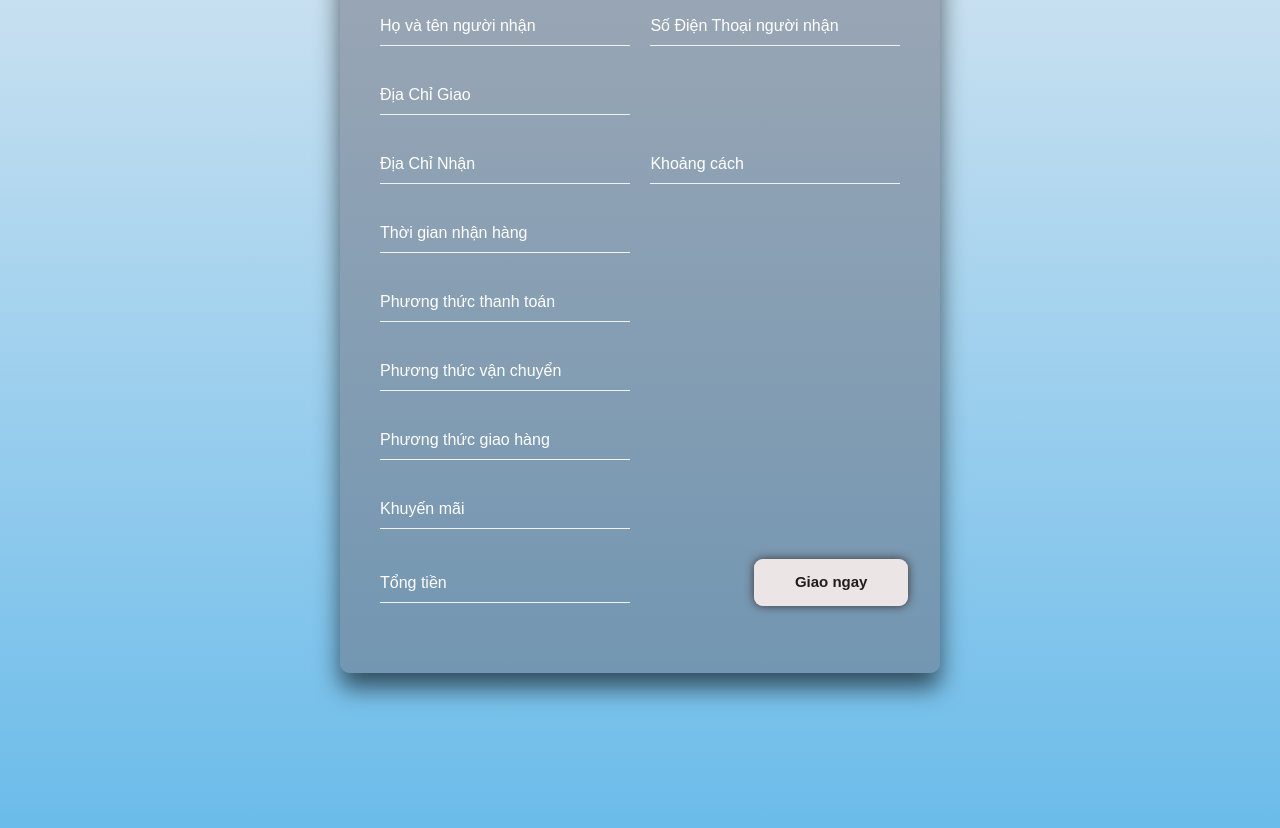
Repository: Pnguyen285/Demo
Page: Giao diện/index.html
The author's editor kept a copy of each file at every save. The page is drawn from the files as they stood at one save, then again after the next save.
The browser window is 1280 px wide. The pictures show the part of the page from y = 324 to 1152 px (the page is 1152 px tall).
A picture or video elsewhere on the page could not be fetched, so the positions and the page height are approximate.

Above is the page before, as saved 2023-07-29 16:39:16.

### Giao diện/index.html
<!DOCTYPE html>
<html lang="en">
<head>
  <meta charset="UTF-8">
  <meta name="viewport" content="width=device-width, initial-scale=1.0">
  <title>Document</title>
  <link rel="stylesheet" type="" href="style.css">
  <img src="bg-intro-desktop.png" alt="">
</head>
<body>
  <div class="login-box">
    <h1>Tiến Hành Giao Hàng</h1>
    <div>
      <div class="user-box1">
        <div class="user-box">
          <input type="text" name="" required="">
          <label>Họ và Tên</label>
        </div>
        <div class="user-box">
          <input type="text" name="" required="">
          <label>Số Điện Thoại người giao</label>
        </div>
      </div>
      <div class="user-box1">
      <div class="user-box">
        <input type="text" name="" required="">
        <label>Họ và tên người nhận</label>
      </div>
      <div class="user-box">
        <input type="text" name="" required="">
        <label>Số Điện Thoại người nhận</label>
      </div>
      </div>
      <div class="user-box2">
      <div class="user-box">
        <input type="text" name="" required="">
        <label>Địa Chỉ Giao</label>
      </div>
      <div class="user-box">
        <input type="text" name="" required="">
        <label>Địa Chỉ Nhận</label>
      </div>
      <div class="user-box">
        <input type="datetime" name="" required="">
        <label>Khoảng cách</label>
      </div>
      </div>

      <div class="user-box">
        <input type="text" name="" required="">
        <label>Thời gian nhận hàng</label>
      </div>

      <div class="user-box">
        <input type="text" name="" required="">
        <label>Phương thức thanh toán</label>
      </div>
      <div class="user-box">
        <input type="text" name="" required="">
        <label>Phương thức vận chuyển</label>
      </div>
      <div class="user-box">
        <input type="text" name="" required="">
        <label>Phương thức giao hàng</label>
      </div>
      <div class="user-box">
        <input type="text" name="" required="">
        <label>Khuyến mãi</label>
      </div>
      <div class="user-box">
        <input type="text" name="" required="">
        <label>Tổng tiền</label>
      </div>
      <button>
        <span class="transition"></span>
        <span class="gradient"></span>
        <span class="label">Giao ngay</span>
      </button>
    </form>
  </div>
</body>
</html>

### Giao diện/style.css
html {
  height: 160%;
}
body {
  margin:0;
  padding:0;
  font-family: sans-serif;
  background: linear-gradient(#eceef3, #6bbcea);
}

.login-box {
  position: absolute;
  top: 80%;
  left: 50%;
  width: 600px;
  padding: 40px;
  transform: translate(-50%, -50%);
  background: rgba(106, 108, 122, 0.5);
  box-sizing: border-box;
  box-shadow: 0 15px 25px rgba(0,0,0,.6);
  border-radius: 10px;
  color:#fff
}

.login-box h1 {
  margin: 0 0 30px;
  padding: 0;
  color: #efe6e6;
  text-align: center;
}

.login-box .user-box {
  position: relative;
  align-items: center;
  text-align: left;
}
.user-box{
  position: relative;
  display: inline-block;
  width: 48%;
  margin-right: 2%;

}
.login-box .user-box input {
  width: 100%;
  padding: 10px 0;
  font-size: 16px;
  color: #685357;
  margin-bottom: 30px;
  border: none;
  border-bottom: 1px solid #f2f3f0;
  outline: none;
  background: transparent;
}
.login-box .user-box label {
  position: absolute;
  top:0;
  left: 0;
  padding: 10px 0;
  font-size: 16px;
  color: #fff;
  pointer-events: none;
  transition: .5s;
}

.login-box .user-box input:focus ~ label,
.login-box .user-box input:valid ~ label {
  top: -20px;
  left: 0;
  color: #0a0704;
  font-size: 12px;
}
button {
  font-size: 15px;
  padding: 1em 2.7em;
  font-weight: 500;
  background: rgb(113, 94, 81);
  background: linear-gradient(90deg, rgb(158, 185, 219) 0%, rgba(121, 144, 156, 0.72) 100%);
  color: #231e1e;
  font-weight: 900;
  border: none;
  position: relative;
  overflow: hidden;
  border-radius: 0.6em;
  box-shadow: 0 0 10px #3f3232;
  transition: 0.2s;
  left: 110px;
}

.label {
  position: relative;
  top: -1px;
}

.transition {
  transition-timing-function: cubic-bezier(0.8, 0, 0.2, 1);
  transition-duration: 400ms;
  background: #ece5e5;
  border-radius: 9999px;
  width: 11em;
  height: 11em;
  position: absolute;
  left: 50%;
  top: 50%;
  transform: translate(-50%, -50%);
}

button:hover .transition {
  width: 0;
  height: 0;
}

button:hover {
  transition: 0.2s;
  color: #f3eaea;
}

button:active {
  transform: scale(0.97);
}
.user-box1:after {

  display: table;
  clear: both;
}
.user-box1 > div {
  float: left;
  width: 48%;
  margin-right: 4%;
}
.user-box1 > div:last-child {
  margin: 0;
}


.user-box2:after {

  display: table;
  clear: both;
}
.user-box2 > div {
  float: left;
  width: 48%;
  margin-right: 4%;
}
.user-box2 > div:last-child {
  margin: 0;
}

After the next save:
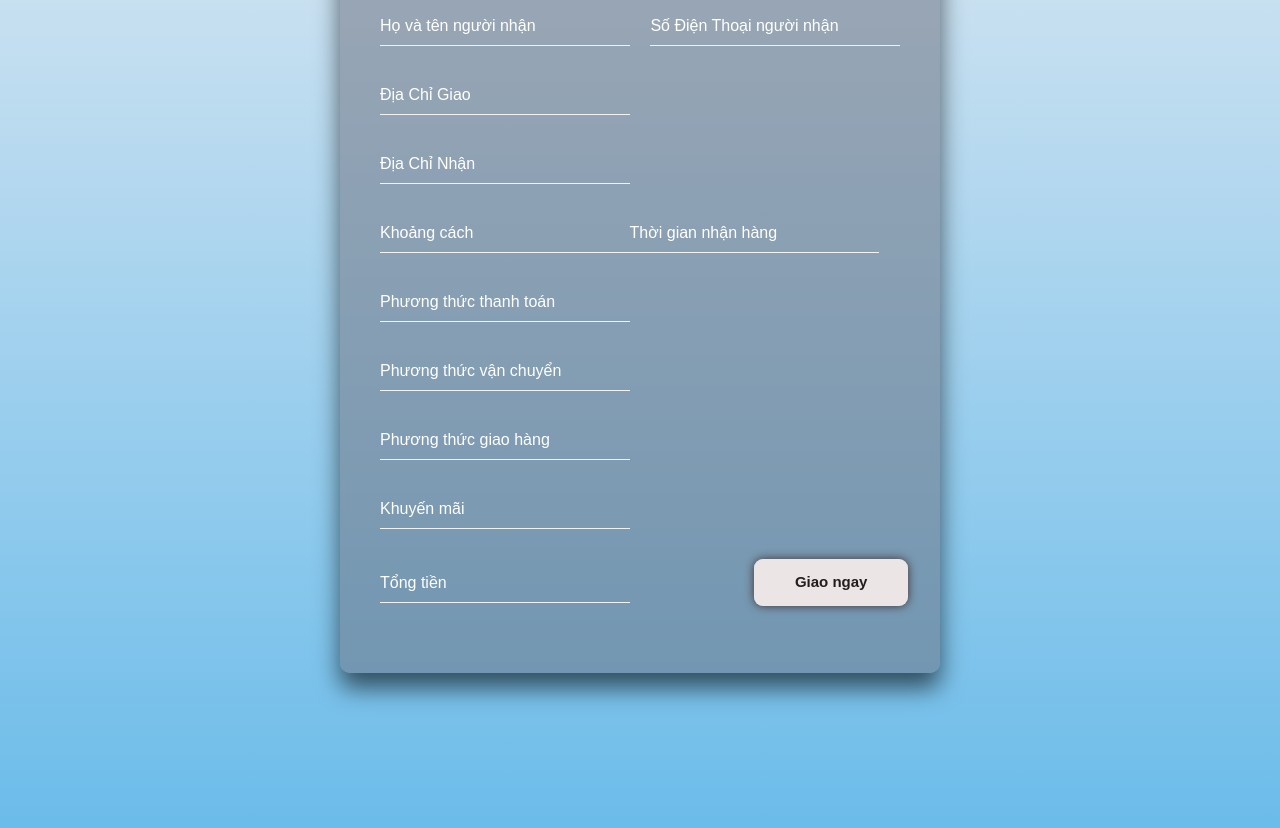
Saved 14 s later.
--- a/Giao diện/style.css
+++ b/Giao diện/style.css
@@ -141,7 +141,7 @@
 .user-box2 > div {
   float: left;
   width: 48%;
-  margin-right: 4%;
+  margin-right: 10%;
 }
 .user-box2 > div:last-child {
   margin: 0;

After the save that followed:
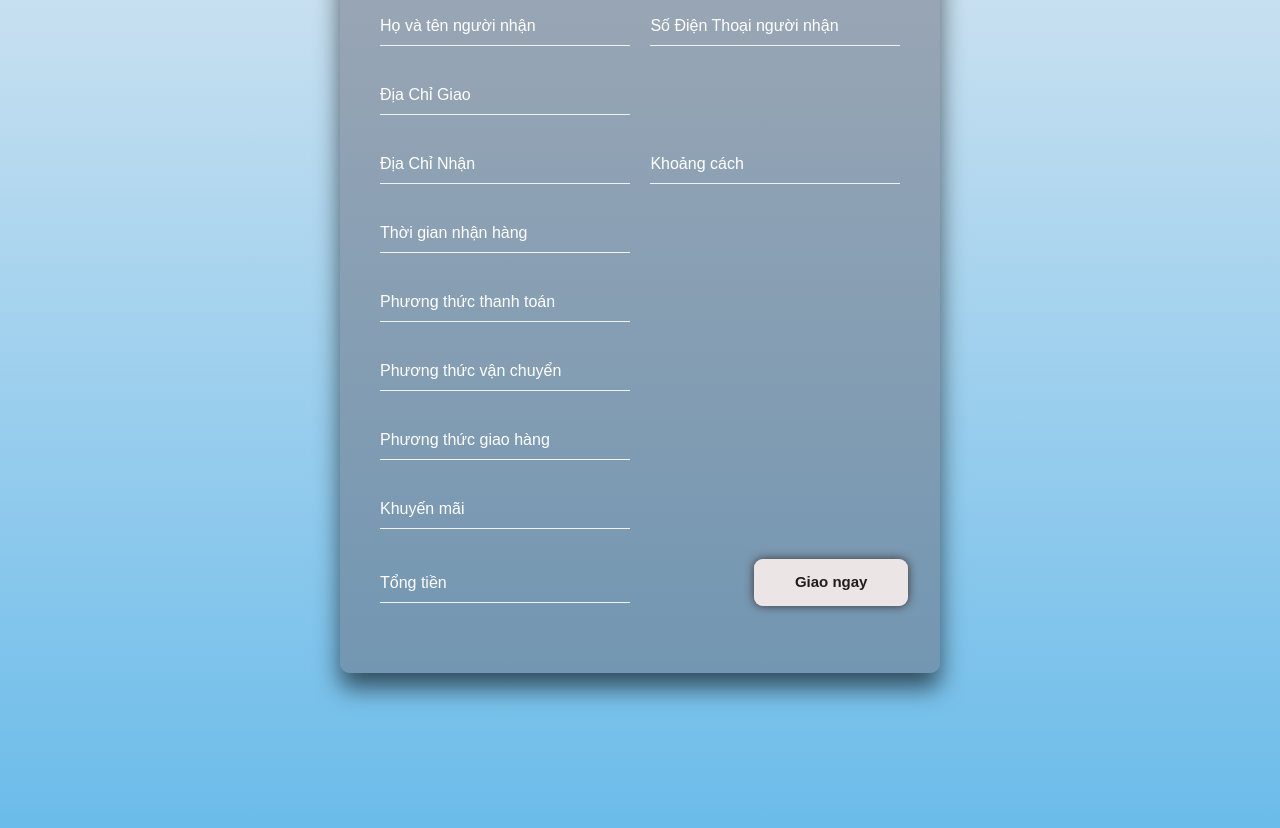
Saved 10 s later.
--- a/Giao diện/style.css
+++ b/Giao diện/style.css
@@ -141,7 +141,7 @@
 .user-box2 > div {
   float: left;
   width: 48%;
-  margin-right: 10%;
+  margin-right: 4%;
 }
 .user-box2 > div:last-child {
   margin: 0;
